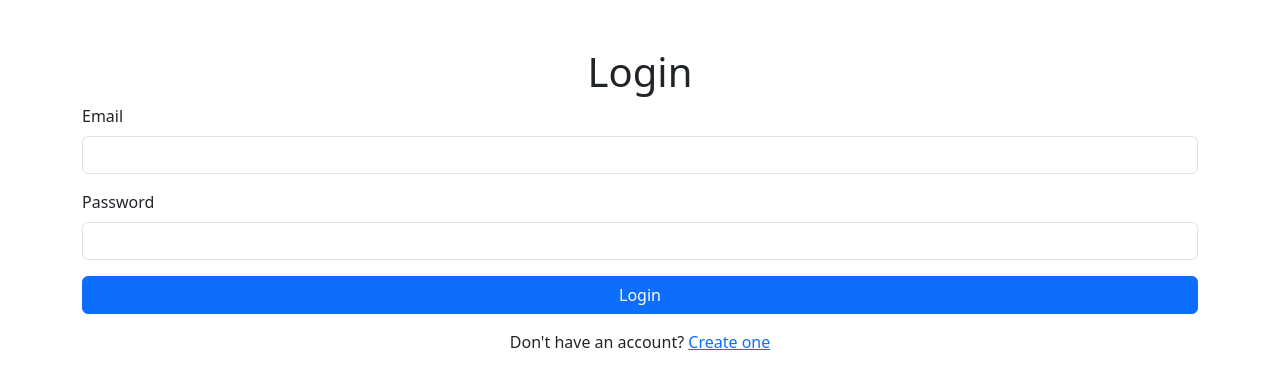
Repository: Abdulahi338/Book-management-system
Page: http://localhost/book/login.php
The author's editor kept a copy of each file at every save. The page is drawn from the files as they stood at one save, then again after the next save.
The browser window is 1280 px wide. The pictures show the whole page.
The page is run by PHP 8.4 with error messages shown; the project is at /var/www/html/.

Above is the page before, as saved 2024-08-22 18:38:31.

After the next save:
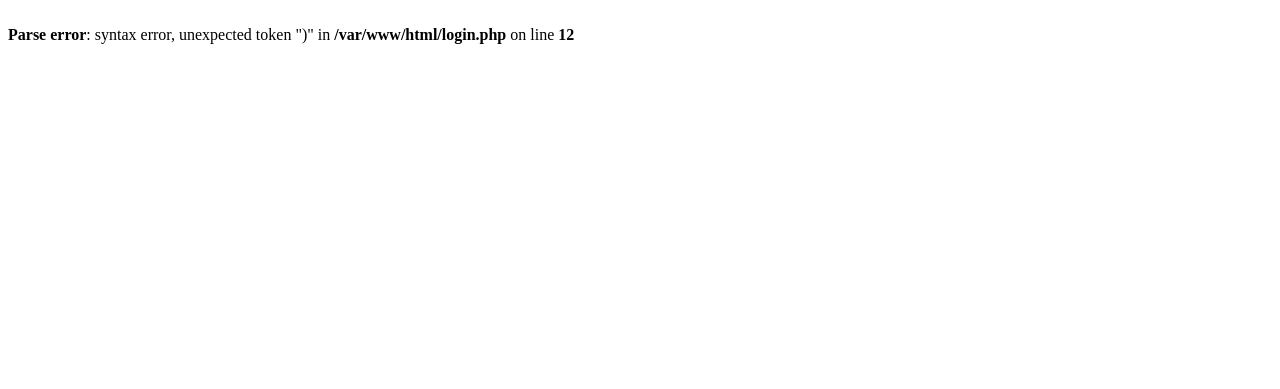
Saved 6 s later.
--- a/login.php
+++ b/login.php
@@ -9,7 +9,9 @@
 
     // Fetch the user from the database
     $sql = $conn->Query("SELECT * FROM users WHERE email = ?");
-    $sql->execute();
+    if(){
+
+    }
     $result = $sql->get_result();
 
     if ($result->num_rows > 0) {

After the 5 saves that followed:
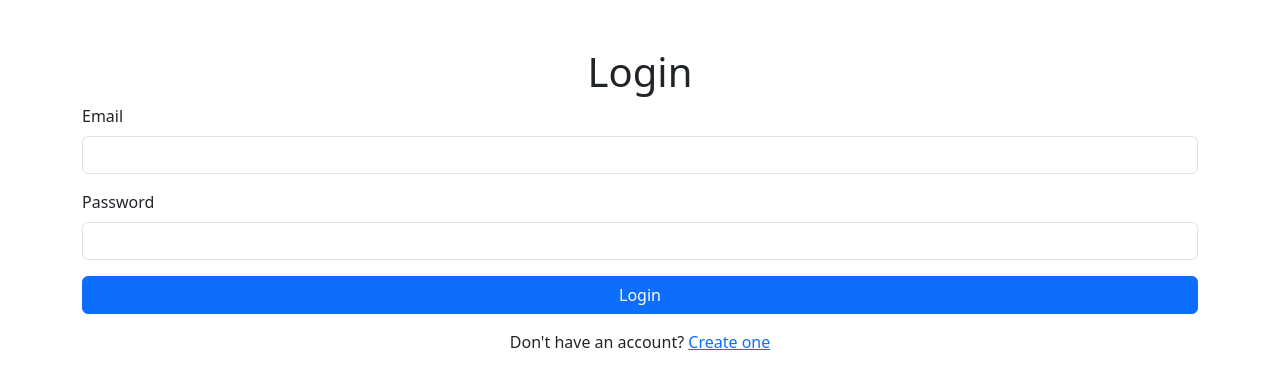
The 5 saves are shown as one change because they came seconds apart.
The last was saved 13 s later.
--- a/login.php
+++ b/login.php
@@ -9,10 +9,9 @@
 
     // Fetch the user from the database
     $sql = $conn->Query("SELECT * FROM users WHERE email = ?");
-    if(){
-
-    }
+    if($sql){
     $result = $sql->get_result();
+}
 
     if ($result->num_rows > 0) {
         $user = $result->fetch_assoc();
